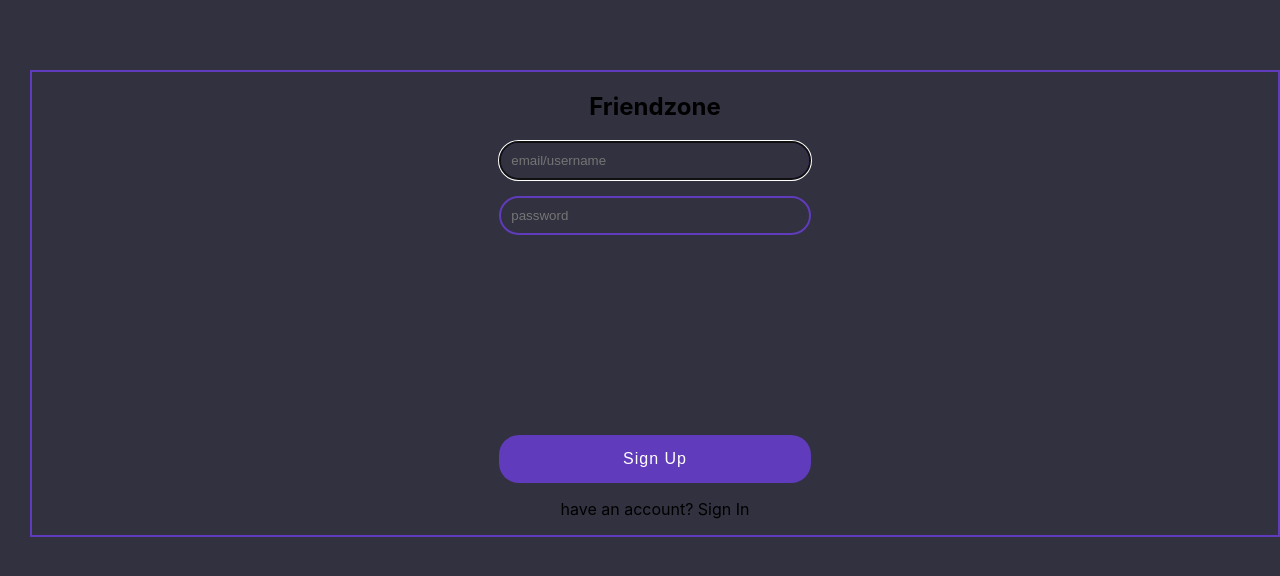
Repository: DerickT02/friend-zone
Page: /
These files come from the project's save history. The page is drawn as it stood at one moment and after the next save; the edit follows.
The browser window is 1280 px wide. The pictures show the whole page.
The project was rebuilt for these pictures with package versions that can differ from the ones it lists, and the page was loaded fresh each time. Also part of the build but not shown: src/Appreducer.js, src/GlobalState.js, src/Post.js, src/Homepage.js, src/fire.js.

Above is the page before, as saved 2021-07-07 07:53:31.

After the next save:
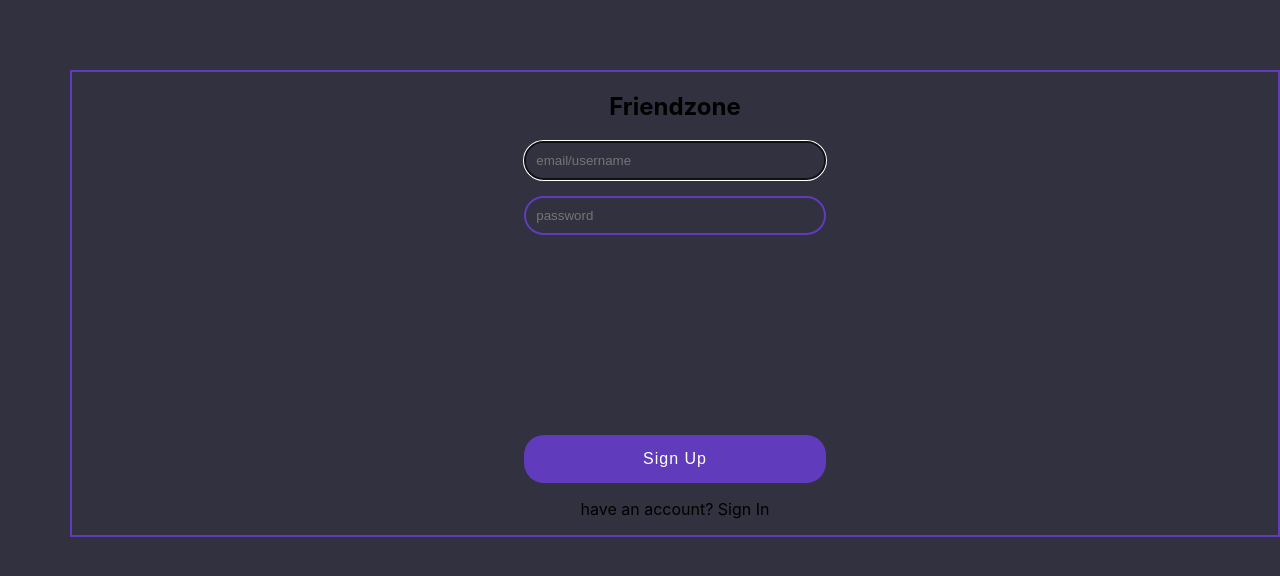
Saved 8 s later.
--- a/src/Login.css
+++ b/src/Login.css
@@ -5,7 +5,7 @@
 
 .login .loginContainer {
   margin-top: 70px;
-  margin-left: 30px;
+  margin-left: 70px;
   border: 2px solid #603bbb;
 }
 
